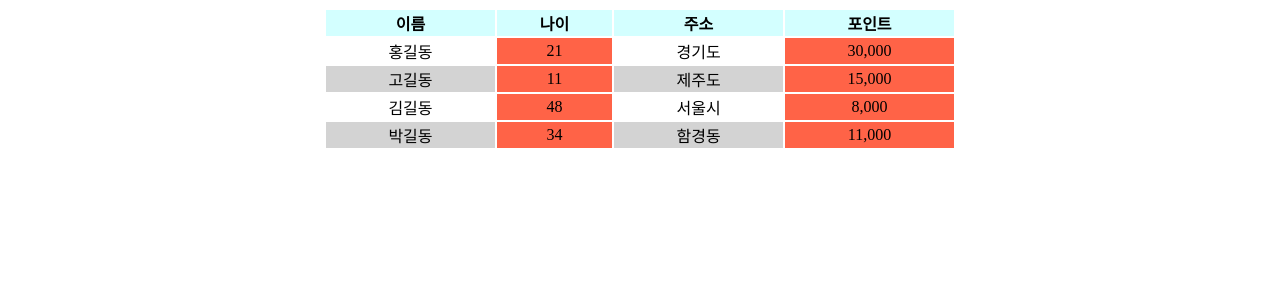
Repository: claddds/2023_webstudy
Page: 01_html/src/main/webapp/day03/ex05_tableStyling.html
These files come from the project's save history. The page is drawn as it stood at one moment and after the next save; the edit follows.
The browser window is 1280 px wide. The pictures show the whole page.

Above is the page before, as saved 2023-06-21 02:06:15.

### 01_html/src/main/webapp/day03/ex05_tableStyling.html
<!DOCTYPE html>
<html>
<head>
<meta charset="UTF-8">
<title>table:nth-child(even|odd)</title>
<style type="text/css">
	table{
		width: 50%;
		margin: auto;
	}
	th,td{
		text-align: center;
	}
	/*수평*/
	tr:nth-child(even){
		background-color: lightgray;
	}
	td:nth-child(even){
		background-color: tomato;
	}
	/*첫번째 줄*/
	thead tr:nth-child(1){
		background-color: #d3ffff;
	}
</style>
</head>
<body>
	<table>
		<thead>
			<tr><th>이름</th><th>나이</th><th>주소</th><th>포인트</th></tr>
		</thead>
		<tbody>
			<tr><td>홍길동</td><td>21</td><td>경기도</td><td>30,000</td></tr>
			<tr><td>고길동</td><td>11</td><td>제주도</td><td>15,000</td></tr>
			<tr><td>김길동</td><td>48</td><td>서울시</td><td>8,000</td></tr>
			<tr><td>박길동</td><td>34</td><td>함경동</td><td>11,000</td></tr>
		</tbody>
	</table>
</body>
</html>

After the next save:
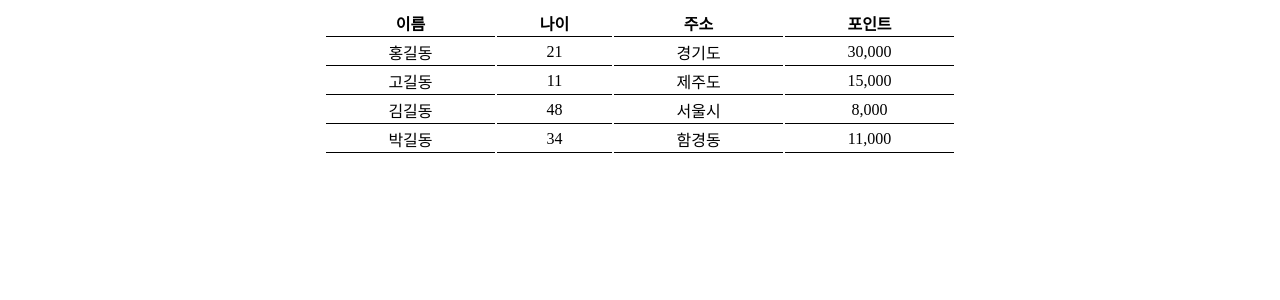
Saved 2 min 19 s later.
--- a/01_html/src/main/webapp/day03/ex05_tableStyling.html
+++ b/01_html/src/main/webapp/day03/ex05_tableStyling.html
@@ -10,18 +10,9 @@
 	}
 	th,td{
 		text-align: center;
+		border-bottom: 1px solid #000;
 	}
-	/*수평*/
-	tr:nth-child(even){
-		background-color: lightgray;
-	}
-	td:nth-child(even){
-		background-color: tomato;
-	}
-	/*첫번째 줄*/
-	thead tr:nth-child(1){
-		background-color: #d3ffff;
-	}
+
 </style>
 </head>
 <body>
